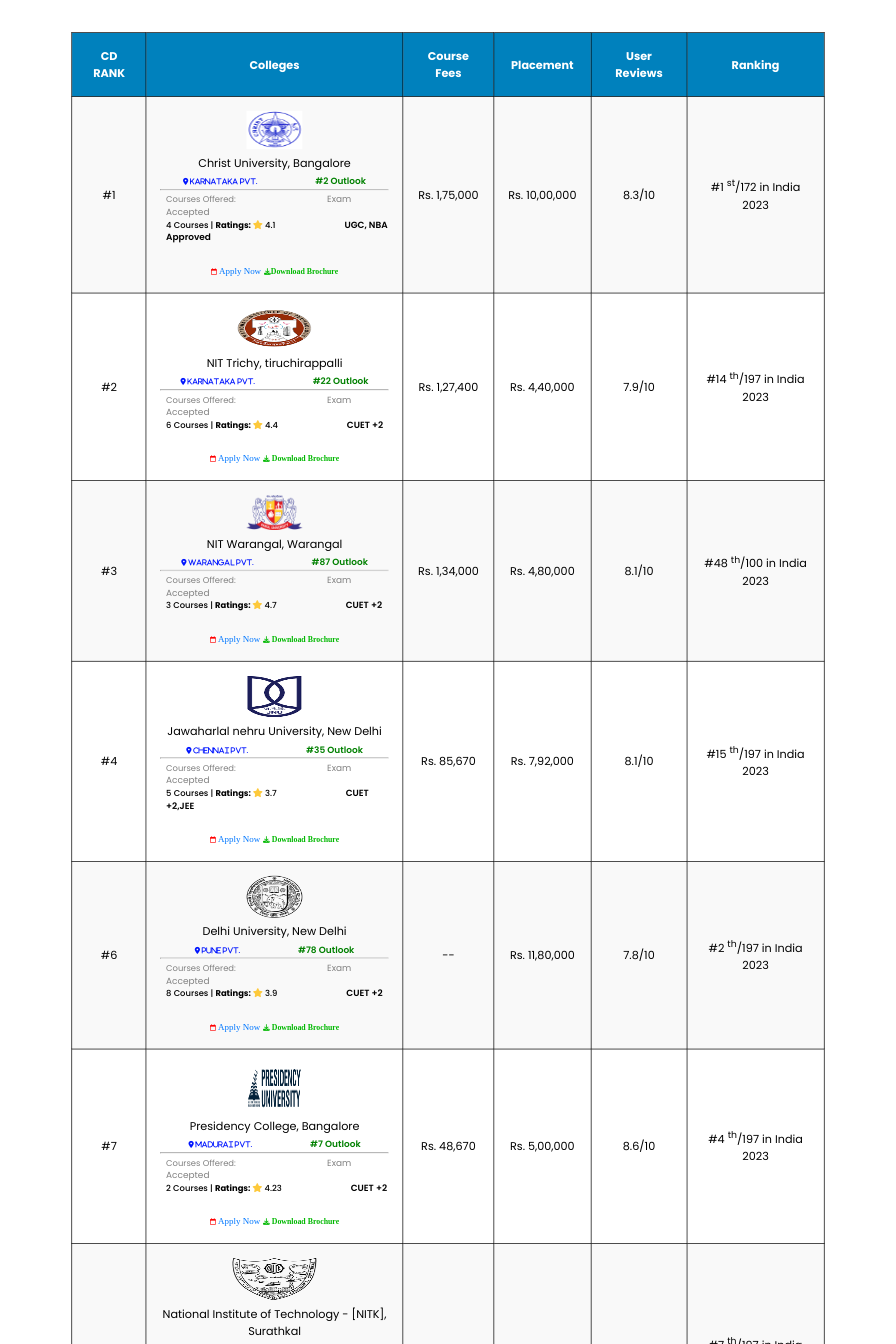
Repository: NamanSahu09/VidyaPreet-Ed-Tech-Website
Page: mca.html
The author's editor kept a copy of each file at every save. The page is drawn from the files as they stood at one save, then again after the next save.
The browser window is 1280 px wide. The pictures show the part of the page from y = 2003 to 3923 px (the page is 5360 px tall before and 5347 px after), at 70% of full size.
Some web libraries are served in a nearby version.

Above is the page before, as saved 2024-04-15 01:10:36.

After the next save:
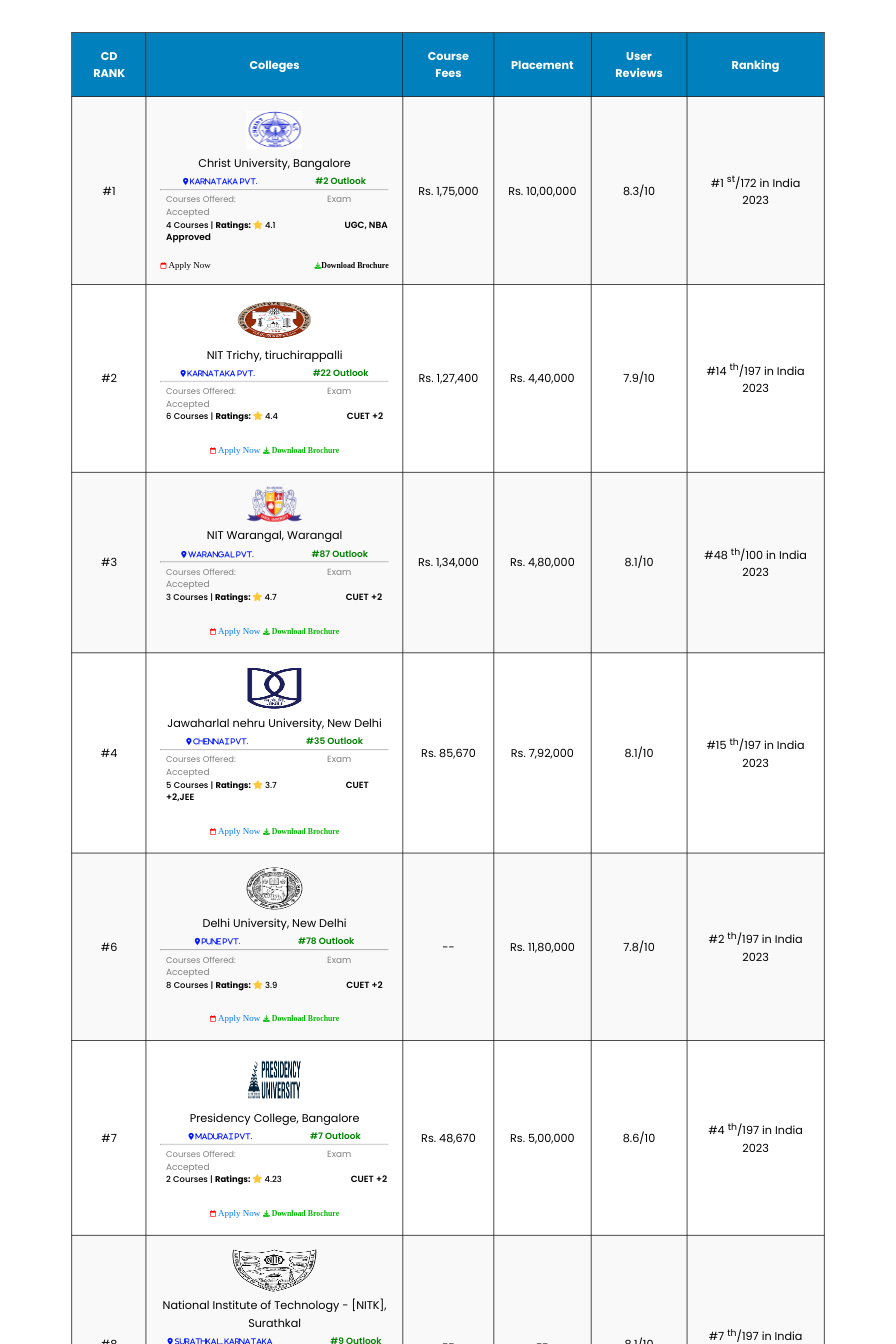
Saved 87 s later.
--- a/bsc.css
+++ b/bsc.css
@@ -554,6 +554,25 @@
 	color: #2c2c2c;
 }
 /*------------- Footer section styling ends ------------*/
+.downloadd {
+	display: flex;
+	justify-content: space-between; /* Align items to the start and end of the container */
+}
+
+.downloadd a {
+	text-decoration: none;
+	color: #000; /* Adjust link color as needed */
+}
+
+
+
+
+
+
+
+
+
+
 
 
 
